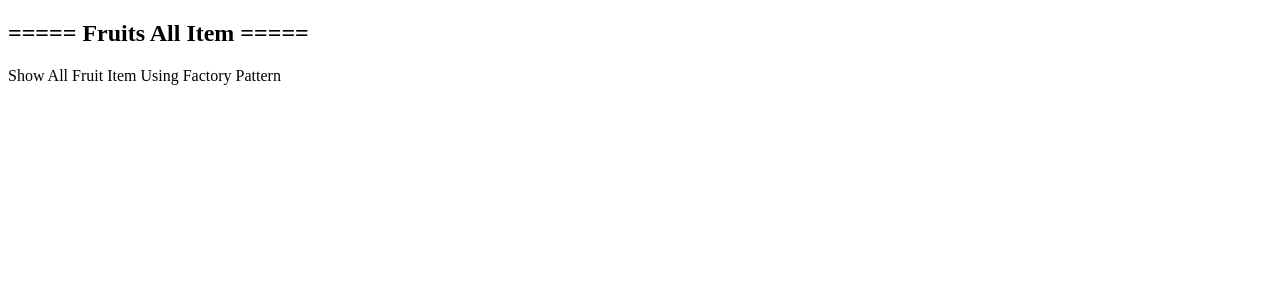
Repository: BaekDoHyeon/Kosta_04_FrontStudy
Page: http://localhost/workshop11/
An editor plug-in stored every save of this project. The page is shown before and after the next save, followed by the edit.
The browser window is 1280 px wide. The pictures show the whole page.
The page is served by Tomcat 9.

Above is the page before, as saved 2024-09-05 06:43:08.

After the next save:
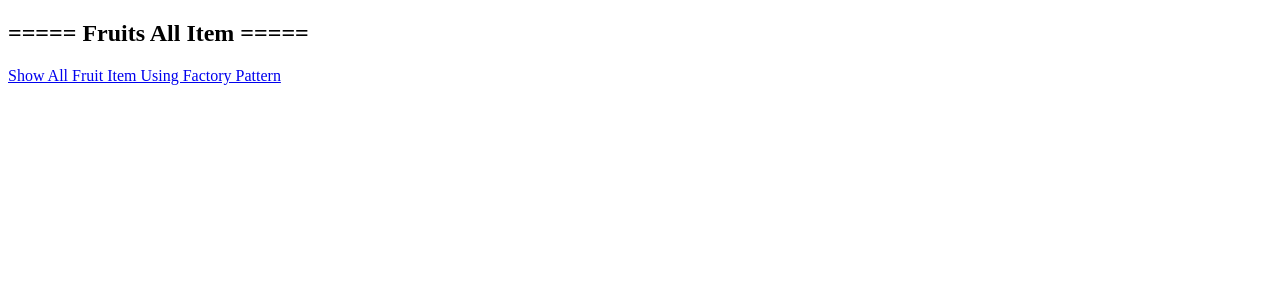
Saved 2 min 38 s later.
--- a/work05_BackEnd/workshop11/src/main/webapp/index.jsp
+++ b/work05_BackEnd/workshop11/src/main/webapp/index.jsp
@@ -8,6 +8,6 @@
 </head>
 <body>
 <h2>===== Fruits All Item =====</h2>
-<div>Show All Fruit Item Using Factory Pattern</div>
+<div><a href="#">Show All Fruit Item Using Factory Pattern</a></div>
 </body>
 </html>
